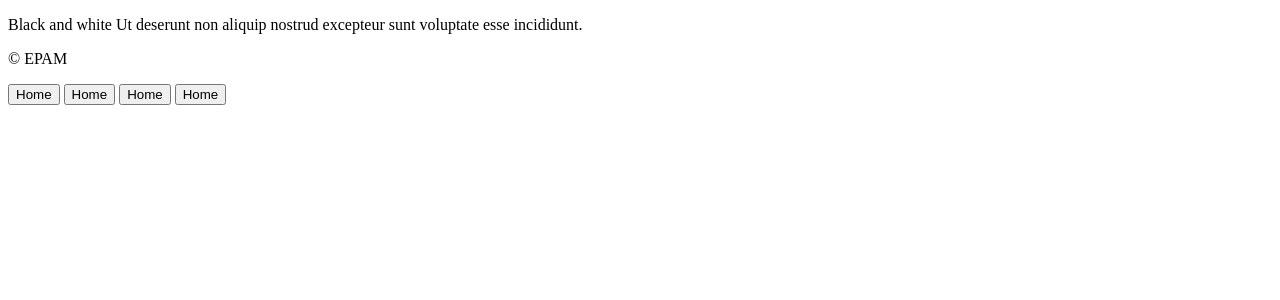
Repository: M1shkaBear/FLX
Page: FLX_homework_4/homework/index.html
These files come from the project's save history. The page is drawn as it stood at one moment and after a run of saves; the edit follows.
The browser window is 1280 px wide. The pictures show the whole page.

Above is the page before, as saved 2019-01-29 03:16:08.

After the next 2 saves:
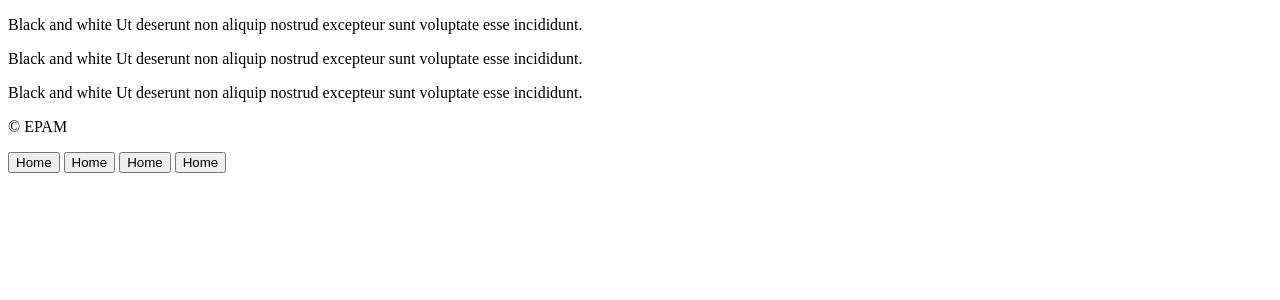
The 2 saves are shown as one change because they came seconds apart.
The last was saved 27 s later.
--- a/FLX_homework_4/homework/index.html
+++ b/FLX_homework_4/homework/index.html
@@ -18,6 +18,14 @@
             Black and white Ut deserunt non aliquip nostrud excepteur sunt
             voluptate esse incididunt.
           </p>
+          <p>
+            Black and white Ut deserunt non aliquip nostrud excepteur sunt
+            voluptate esse incididunt.
+          </p>
+          <p>
+            Black and white Ut deserunt non aliquip nostrud excepteur sunt
+            voluptate esse incididunt.
+          </p>
         </section>
       </section>
 
